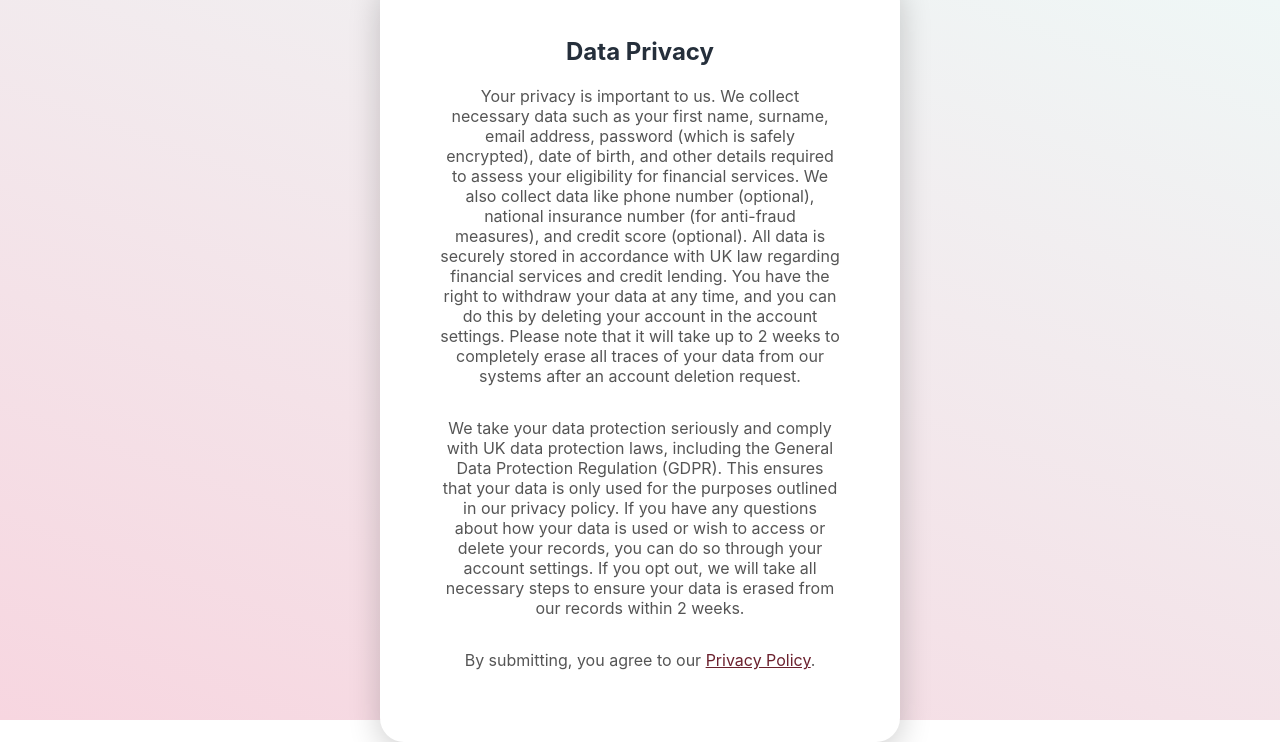
Repository: aab232/https---github.com-aab232-Deferred-Payment-Platform
Page: /privacy (app in frontend/)
These files come from the project's save history. The page is drawn as it stood at one moment and after the next save; the edit follows.
The browser window is 1280 px wide. The pictures show the whole page.
The project was rebuilt for these pictures with package versions that can differ from the ones it lists, and the page was loaded fresh each time. Also part of the build but not shown: frontend/src/components/Home.js, frontend/src/components/Register.js, frontend/src/components/Login.js, frontend/src/components/Main.css, frontend/src/components/Main.js, frontend/src/components/BackButton.css, frontend/src/components/BackButton.js, frontend/src/components/Settings.js.

Above is the page before, as saved 2025-04-01 01:44:52.

### frontend/src/App.js
import React from 'react';
import { BrowserRouter as Router, Routes, Route } from 'react-router-dom';
import Home from './components/Home';
import Register from './components/Register';
import Login from './components/Login';
import Main from './components/Main';
import Settings from './components/Settings';
import Privacy from './components/Privacy';

const App = () => {
  return (
    <Router>
      <Routes>
        <Route path="/" element={<Home />} />
        <Route path="/login" element={<Login />} />
        <Route path="/register" element={<Register />} />
        <Route path="/main" element={<Main />} />
        <Route path="/settings" element={<Settings />} />
        <Route path="/privacy" element={<Privacy />} />
      </Routes>
    </Router>
  );
};

export default App;

### frontend/src/components/Privacy.js
import React from 'react';
import './Privacy.css'; // Make sure to import the CSS file

const Privacy = () => {
  return (
    <div className="container">
      <div className="form-card">
        <h2>Data Privacy</h2>

        <p>Your privacy is important to us. We collect necessary data such as your first name, surname, email address, password (which is safely encrypted), date of birth, and other details required to assess your eligibility for financial services. We also collect data like phone number (optional), national insurance number (for anti-fraud measures), and credit score (optional). All data is securely stored in accordance with UK law regarding financial services and credit lending. You have the right to withdraw your data at any time, and you can do this by deleting your account in the account settings. Please note that it will take up to 2 weeks to completely erase all traces of your data from our systems after an account deletion request.</p>

        <p>We take your data protection seriously and comply with UK data protection laws, including the General Data Protection Regulation (GDPR). This ensures that your data is only used for the purposes outlined in our privacy policy. If you have any questions about how your data is used or wish to access or delete your records, you can do so through your account settings. If you opt out, we will take all necessary steps to ensure your data is erased from our records within 2 weeks.</p>

        <p>By submitting, you agree to our <span className="link">Privacy Policy</span>.</p>
      </div>
    </div>
  );
};

export default Privacy;

### frontend/src/components/Home.css
.container {
    display: flex;
    justify-content: center;
    align-items: center;
    height: 100vh; /* Full viewport height */
    background: linear-gradient(135deg, #252f3b, #252d3b); /* Elegant gradient */
  }

  .card {
    text-align: center;
    background: #fff;
    padding: 40px 60px;
    border-radius: 24px;
    box-shadow: 0 8px 32px rgba(0, 0, 0, 0.2);
    max-width: 350px;
    width: 100%;
  }

  h1 {
    margin-bottom: 16px;
    font-size: 28px;
    color: #252f3b;
  }

  p {
    margin-bottom: 32px;
    font-size: 16px;
    color: #555;
  }

  .button-group {
    display: flex;
    justify-content: space-between;
  }

  .btn {
    padding: 12px 24px;
    font-size: 16px;
    border: none;
    border-radius: 30px; /* Rounded buttons */
    cursor: pointer;
    transition: background 0.3s ease;
    color: white;
    background: #252f3b;
  }

  .btn:hover {
    background: #252f3b; /* Button hover effect */
  }

### frontend/src/components/Form.css
.container {
  display: flex;
  justify-content: center;
  align-items: center;
  height: 100vh;
  background: linear-gradient(200deg, #eff7f6, #F7D6E0);
}

.form-card {
  background: white;
  padding: 40px 60px;
  border-radius: 24px;
  box-shadow: 0 8px 32px rgba(0, 0, 0, 0.2);
  max-width: 400px;
  width: 100%;
  text-align: center;
}

h2 {
  color: #252f3b;
}

input {
  display: block;
  width: 100%;
  margin: 10px 0;
  padding: 12px;
  border: 1px solid #ddd;
  border-radius: 30px;
}

.btn {
  padding: 12px 24px;
  margin-top: 20px;
  border-radius: 30px;
  border: none;
  color: white;
  background: #6b212e;
  cursor: pointer;
}

.btn:hover {
  background: #a41b34;
}

.link {
  color: #6b212e;
  cursor: pointer;
}

### frontend/src/components/Settings.css
.settings-container {
  display: flex;
  flex-direction: column;
  align-items: center;
  padding: 40px 20px;
  background: #f8f9fa;
  min-height: 100vh;
}

h1 {
  color: #343a40;
  margin-bottom: 20px;
}

.menu {
  display: flex;
  gap: 20px;
  margin-bottom: 40px;
}

.menu button {
  padding: 10px 20px;
  border: none;
  border-radius: 8px;
  cursor: pointer;
  transition: background 0.3s ease;
  font-weight: bold;
  background: #007bff;
  color: white;
}

.menu .danger {
  background: #dc3545;
}

.menu button:hover {
  opacity: 0.8;
}

/* Dropdown styling */
.dropdown {
  display: flex;
  flex-direction: column;
  gap: 10px;
  margin-top: 20px;
}

.dropdown button {
  padding: 8px 16px;
  border: none;
  border-radius: 8px;
  background: #6c757d;
  color: white;
  cursor: pointer;
  transition: background 0.3s ease;
}

.dropdown button:hover {
  background: #495057;
}

/* Section Styling */
.section {
  width: 100%;
  max-width: 600px;
  background: white;
  padding: 30px;
  border-radius: 16px;
  box-shadow: 0 8px 24px rgba(0, 0, 0, 0.1);
  margin-top: 20px;
}

h2 {
  color: #495057;
  margin-bottom: 20px;
}

input {
  width: 100%;
  padding: 12px;
  margin-bottom: 15px;
  border: 1px solid #ced4da;
  border-radius: 8px;
  font-size: 14px;
}

button {
  padding: 12px 20px;
  border: none;
  border-radius: 8px;
  cursor: pointer;
  background: #28a745;
  color: white;
  font-weight: bold;
}

button:hover {
  opacity: 0.9;
}

.info {
  margin-top: 20px;
  color: #6c757d;
}

### frontend/src/components/Privacy.css
/* Container for centering the form card */
.container {
    display: flex;
    justify-content: center;
    align-items: center;
    height: 100vh;
    background: linear-gradient(200deg, #eff7f6, #F7D6E0);
  }

  /* Form card styling */
  .form-card {
    background: white;
    padding: 40px 60px;
    border-radius: 24px;
    box-shadow: 0 8px 32px rgba(0, 0, 0, 0.2);
    max-width: 400px;
    width: 100%;
    text-align: center;
  }

  /* Heading styling */
  h2 {
    color: #252f3b;
    font-size: 24px;
    margin-bottom: 20px;
  }

  /* Button styling */
  .btn {
    padding: 12px 24px;
    margin-top: 20px;
    border-radius: 30px;
    border: none;
    color: white;
    background: #6b212e;
    cursor: pointer;
  }

  .btn:hover {
    background: #a41b34;
  }

  /* Link styling */
  .link {
    color: #6b212e;
    cursor: pointer;
    text-decoration: underline;
  }

  .link:hover {
    color: #a41b34;
  }

Loaded but not shown: frontend/public/index.html (common file); frontend/src/index.js (common file); frontend/src/index.css (common file)

After the next save:
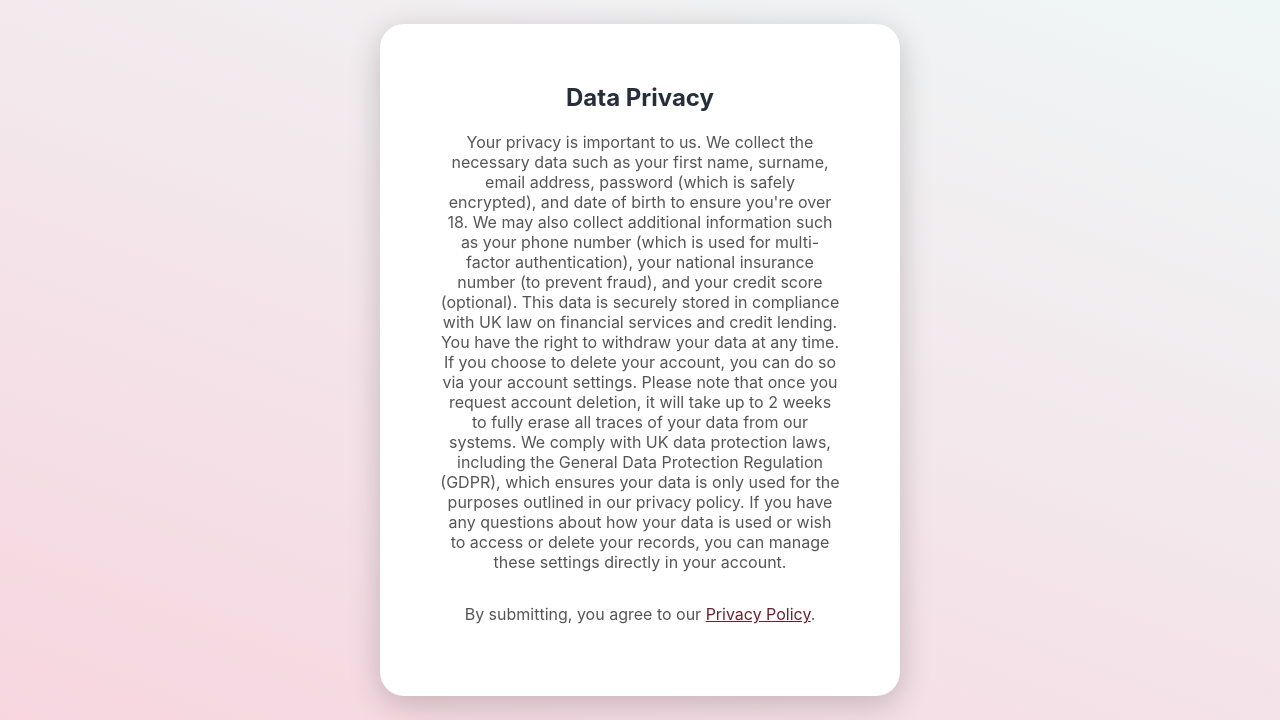
Saved 4 min 41 s later.
--- a/frontend/src/components/Privacy.js
+++ b/frontend/src/components/Privacy.js
@@ -7,9 +7,13 @@ const Privacy = () => {
       <div className="form-card">
         <h2>Data Privacy</h2>
 
-        <p>Your privacy is important to us. We collect necessary data such as your first name, surname, email address, password (which is safely encrypted), date of birth, and other details required to assess your eligibility for financial services. We also collect data like phone number (optional), national insurance number (for anti-fraud measures), and credit score (optional). All data is securely stored in accordance with UK law regarding financial services and credit lending. You have the right to withdraw your data at any time, and you can do this by deleting your account in the account settings. Please note that it will take up to 2 weeks to completely erase all traces of your data from our systems after an account deletion request.</p>
+        <p>
+          Your privacy is important to us. We collect the necessary data such as your first name, surname, email address, password (which is safely encrypted), and date of birth to ensure you're over 18. We may also collect additional information such as your phone number (which is used for multi-factor authentication), your national insurance number (to prevent fraud), and your credit score (optional). This data is securely stored in compliance with UK law on financial services and credit lending.
 
-        <p>We take your data protection seriously and comply with UK data protection laws, including the General Data Protection Regulation (GDPR). This ensures that your data is only used for the purposes outlined in our privacy policy. If you have any questions about how your data is used or wish to access or delete your records, you can do so through your account settings. If you opt out, we will take all necessary steps to ensure your data is erased from our records within 2 weeks.</p>
+          You have the right to withdraw your data at any time. If you choose to delete your account, you can do so via your account settings. Please note that once you request account deletion, it will take up to 2 weeks to fully erase all traces of your data from our systems.
+
+          We comply with UK data protection laws, including the General Data Protection Regulation (GDPR), which ensures your data is only used for the purposes outlined in our privacy policy. If you have any questions about how your data is used or wish to access or delete your records, you can manage these settings directly in your account.
+        </p>
 
         <p>By submitting, you agree to our <span className="link">Privacy Policy</span>.</p>
       </div>
